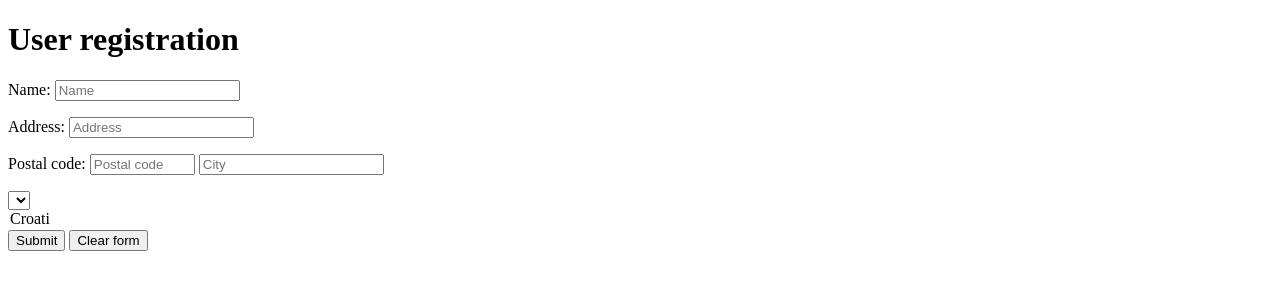
Repository: Filip-Husic/AW_frontend
Page: ex3Forms.html
These files come from the project's save history. The page is drawn as it stood at one moment and after the next save; the edit follows.
The browser window is 1280 px wide. The pictures show the whole page.

Above is the page before, as saved 2022-11-23 11:34:42.

After the next save:
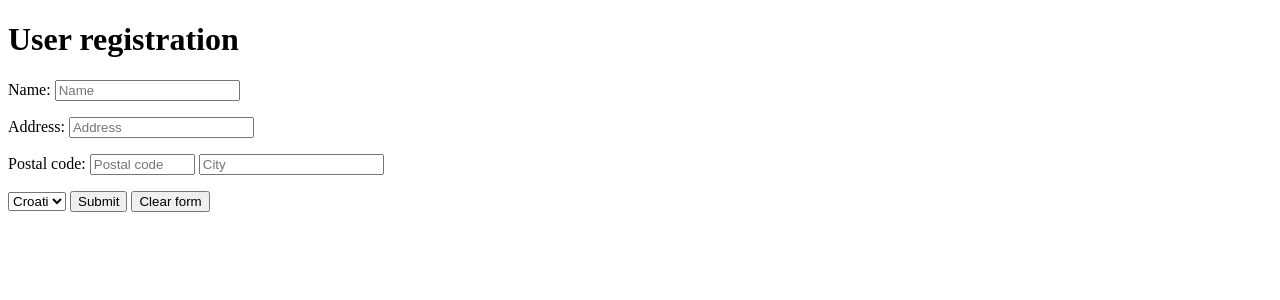
Saved 4 s later.
--- a/ex3Forms.html
+++ b/ex3Forms.html
@@ -22,8 +22,9 @@
             <input type="text" id="pc" name="pc" size="10" maxlength="10" placeholder="Postal code" required>
             <input type="text" id="pc_city" name="pc_city" size="20" maxlength="20" placeholder="City" required>
         </p>
-        <select name="country" id="country"></select>
+        <select name="country" id="country">
             <option value="">Croati</option>
+        </select>
 
         <button type="submit">Submit</button>
         <button type="reset">Clear form</button>
